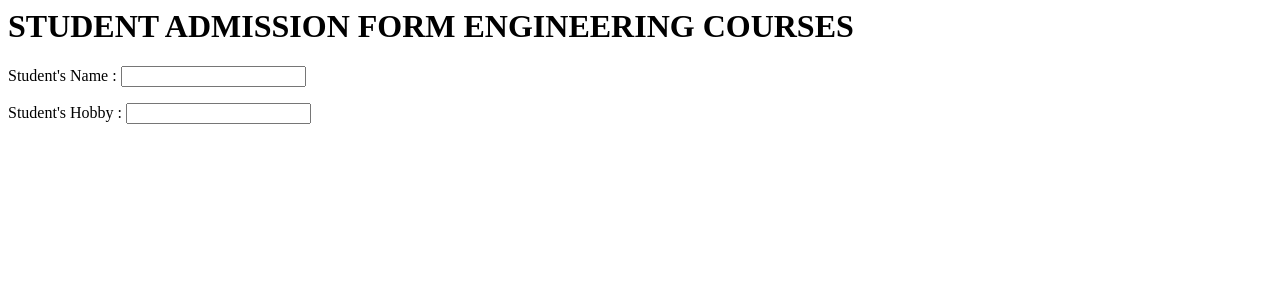
Repository: ahmedLajmi/TestApp
Page: http://localhost/FirstApp/admissionForm
The author's editor kept a copy of each file at every save. The page is drawn from the files as they stood at one save, then again after the next save.
The browser window is 1280 px wide. The pictures show the whole page.
The page is served by Tomcat 9.

Above is the page before, as saved 2019-02-05 15:53:02.

After the next save:
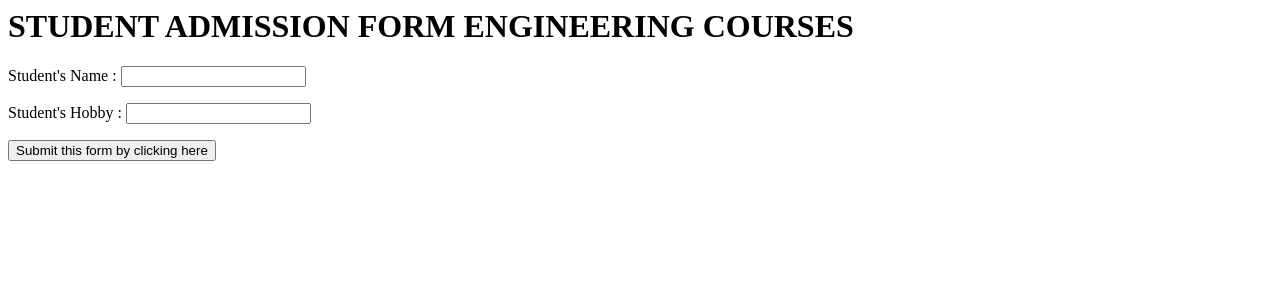
Saved 4 min 33 s later.
--- a/FirstApp/WebContent/WEB-INF/AdmissionForm.jsp
+++ b/FirstApp/WebContent/WEB-INF/AdmissionForm.jsp
@@ -9,6 +9,7 @@
 			<p>
 				Student's Hobby : <input type="text" name="studentHobby">
 			</p>
+			<input type="submit" value="Submit this form by clicking here"  />
 		</form>
 	</body>
 </html>
